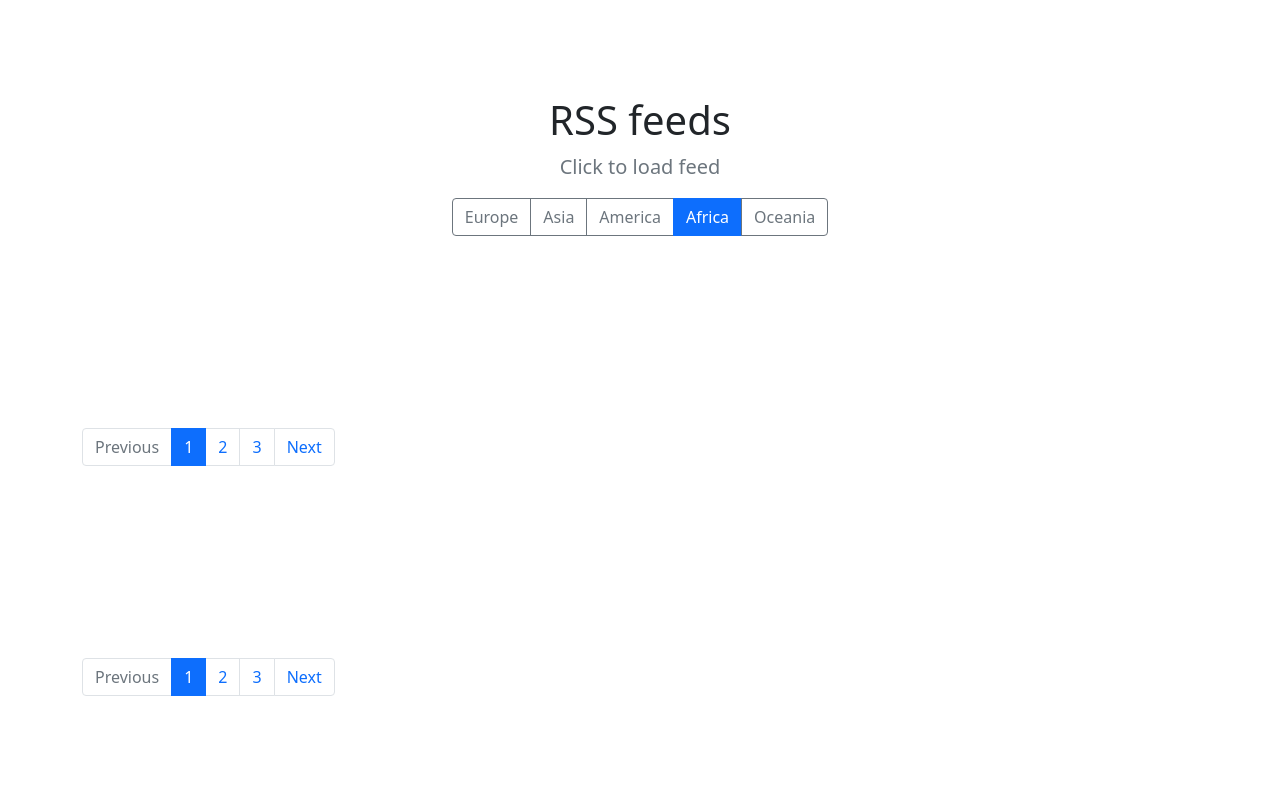
Repository: lilit1121/Templating-DOM-manipulation-and-data-processing
Page: africa.html
The author's editor kept a copy of each file at every save. The page is drawn from the files as they stood at one save, then again after the next save.
The browser window is 1280 px wide. The pictures show the whole page.
The page's requests for data from a server got no answer.

Above is the page before, as saved 2023-02-09 16:12:21.
Console error: TypeError: Cannot read properties of null (reading 'style')

After the next save:
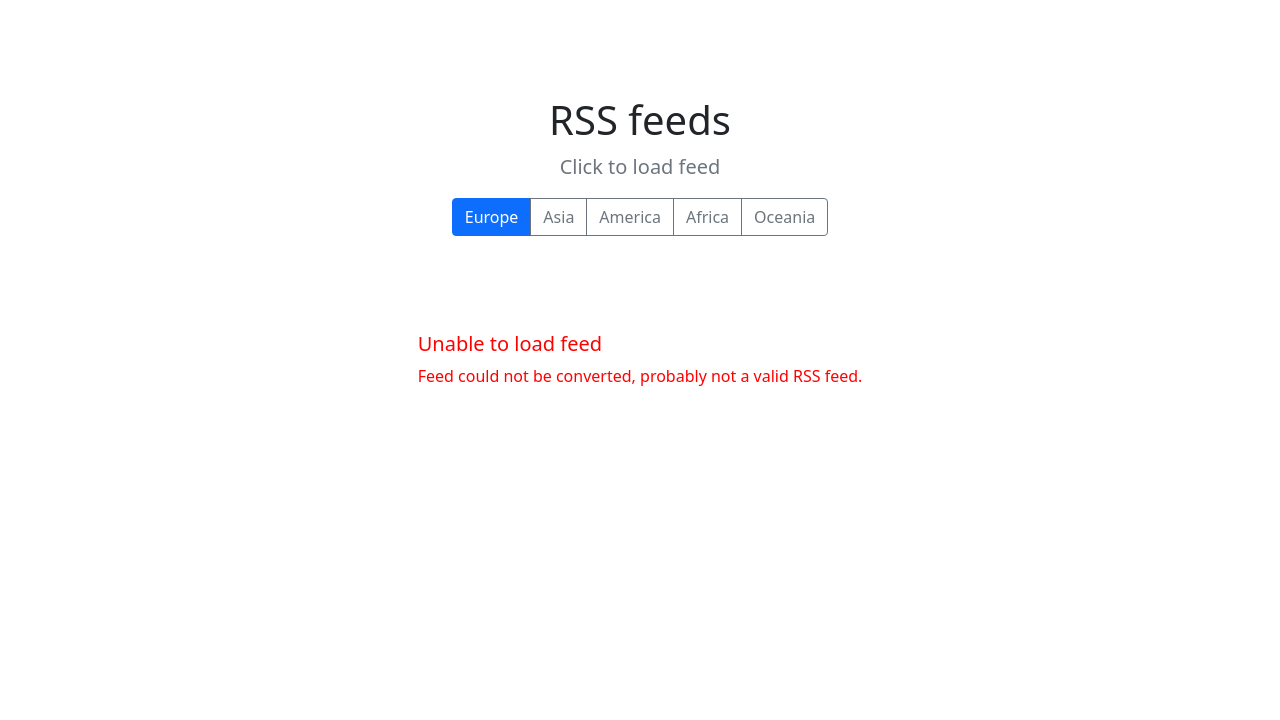
The error is gone.
Saved 4 s later.
--- a/africa.html
+++ b/africa.html
@@ -1,7 +1,6 @@
 <!DOCTYPE html>
 <html lang="en">
-  <!-- https://restcountries.com/ -->
-  <head>
+   <head>
     <meta charset="UTF-8" />
     <meta http-equiv="X-UA-Compatible" content="IE=edge" />
     <meta name="viewport" content="width=device-width, initial-scale=1.0" />
@@ -26,15 +25,94 @@
           <h1 class="fw-light">RSS feeds</h1>
           <p class="lead text-muted">Click to load feed</p>
           <div class="btn-group">
-            <a href="./europe.html#" class="btn btn-outline-secondary">Europe</a>
+            <a href="./europe.html#" class="btn btn-primary">Europe</a>
             <a href="./asia.html#" class="btn btn-outline-secondary">Asia</a>
-            <a href="./americas.html#" class="btn btn-outline-secondary">America</a>
-            <a href="./africa.html#" class="btn btn-primary">Africa</a>
-            <a href="./oceania.html#" class="btn btn-outline-secondary">Oceania</a>
+            <a href="./americas.html#" class="btn btn-outline-secondary"
+              >America</a
+            >
+            <a href="./africa.html#" class="btn btn-outline-secondary"
+              >Africa</a
+            >
+            <a href="./oceania.html#" class="btn btn-outline-secondary"
+              >Oceania</a
+            >
           </div>
         </div>
       </div>
     </section>
+
+
+    <!-- Loading state UI -->
+    <div id="loadding" class="visually-hidden">
+      <svg
+      xmlns="http://www.w3.org/2000/svg"
+      xmlns:xlink="http://www.w3.org/1999/xlink"
+      style="margin: auto; background: #fff; display: block"
+      width="200px"
+      height="200px"
+      viewBox="0 0 100 100"
+      preserveAspectRatio="xMidYMid"
+    >
+      <circle
+        cx="50"
+        cy="50"
+        r="32"
+        stroke-width="8"
+        stroke="#416cff"
+        stroke-dasharray="50.26548245743669 50.26548245743669"
+        fill="none"
+        stroke-linecap="round"
+      >
+        <animateTransform
+          attributeName="transform"
+          type="rotate"
+          repeatCount="indefinite"
+          dur="1s"
+          keyTimes="0;1"
+          values="0 50 50;360 50 50"
+        ></animateTransform>
+      </circle>
+    </svg>
+  </div>
+
+    <!-- Error state UI -->
+    <div id="error">
+      <div>
+      <h5>Unable to load feed</h5>
+      <!-- Show error message, if applicable -->
+      Feed could not be converted, probably not a valid RSS feed.<br />
+    </div>
+  </div>
+    <!-- Pagination -->
+    <div  id="main_container" class="container">
+    <section class="py-5 text-center container">
+      <div class="row py-lg-5">
+        <nav>
+          <ul class="pagination">
+            <li class="page-item disabled">
+              <a class="page-link">Previous</a>
+            </li>
+            <li class="page-item active">
+              <a class="page-link" href="#">1</a>
+            </li>
+            <li class="page-item">
+              <a class="page-link" href="#">2</a>
+            </li>
+            <li class="page-item"><a class="page-link" href="#">3</a></li>
+            <li class="page-item">
+              <a class="page-link" href="#">Next</a>
+            </li>
+          </ul>
+        </nav>
+      </div>
+    </section>
+
+      <!-- Feed (Show no more than 5 posts per page) -->
+      <div
+       id="content_section"
+        class="row row-cols-1 row-cols-sm-2 row-cols-md-3 g-3"
+      ></div>
+
 
     <!-- Pagination -->
     <section class="py-5 text-center container">
@@ -57,48 +135,7 @@
           </ul>
         </nav>
       </div>
-    </section>
-
-    <div class="container">
-      <!-- Loading state UI -->
-      <div class="alert alert-secondary visually-hidden">Loading...</div>
-
-      <!-- Error state UI -->
-      <div class="alert alert-danger visually-hidden">
-        <h5>Unable to load feed</h5>
-        <!-- Show error message, if applicable -->
-        Feed could not be converted, probably not a valid RSS feed.<br />
-        <small><a href="#">Open feed in a new tab</a></small>
-      </div>
-
-      <!-- Feed (Show no more than 5 posts per page) -->
-      <div
-        id="main_container"
-        class="row row-cols-1 row-cols-sm-2 row-cols-md-3 g-3"
-      ></div>
     </div>
-
-    <!-- Pagination -->
-    <section class="py-5 text-center container">
-      <div class="row py-lg-5">
-        <nav>
-          <ul class="pagination">
-            <li class="page-item disabled">
-              <a class="page-link">Previous</a>
-            </li>
-            <li class="page-item active">
-              <a class="page-link" href="#">1</a>
-            </li>
-            <li class="page-item">
-              <a class="page-link" href="#">2</a>
-            </li>
-            <li class="page-item"><a class="page-link" href="#">3</a></li>
-            <li class="page-item">
-              <a class="page-link" href="#">Next</a>
-            </li>
-          </ul>
-        </nav>
-      </div>
     </section>
     <script src="./script.js"></script>
   </body>
